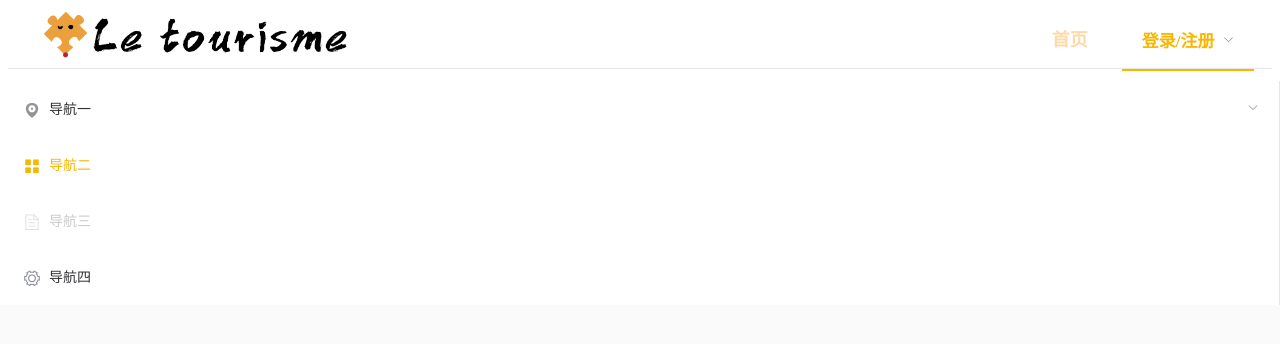
Repository: linxuerou0129/2020.08.31
Page: /Message
The author's editor kept a copy of each file at every save. The page is drawn from the files as they stood at one save, then again after the next save.
The browser window is 1280 px wide. The pictures show the whole page.
The page's requests for data from a server got no answer. The project was rebuilt for these pictures with package versions that can differ from the ones it lists, and the page was loaded fresh each time. No one was signed in, and anything a server would have sent is missing. Also part of the build but not shown: src/views/Home.vue.

Above is the page before, as saved 2020-08-29 19:57:02.

### src/main.js

import ElementUI from 'element-ui' //新添加
import '../theme/index.css' //新添加，避免后期打包样式不同，要放在import App from './App';之前

import Vue from 'vue'
import App from './App.vue'
import router from './router'

Vue.use(ElementUI)   //新添加

import axios from 'axios'
axios.defaults.withCredentials = true;

Vue.config.productionTip = false

new Vue({
  router,
  render: h => h(App)
}).$mount('#app')

import VDistpicker from 'v-distpicker'
Vue.component('v-distpicker', VDistpicker);

### src/App.vue
<template>
<div id="app">
<el-menu :default-active="$route.path" class="el-menu-demo" mode="horizontal" @select="handleSelect" text-color="#FCDAA9" active-text-color="#f8b600" router>
  <img src="./assets/logo.png" width="55" class="logo">
  <img src="./assets/tittle.png" width="270">
  <el-menu-item index="/" class="head1"><strong>首页</strong></el-menu-item>
  <el-submenu class="head3" v-if="login" index="/Edit">
    <template slot="title">
      <el-avatar :src="circleUrl"></el-avatar>
    </template>
    <el-menu-item index="/Edit">
      我的设置
    </el-menu-item>
    <el-menu-item index="/Publish">
      发布游记
    </el-menu-item>
    <el-menu-item index="/Published">
      个人中心
    </el-menu-item>
    <el-menu-item index="/MyCollect">
      我的收藏
    </el-menu-item>
    <el-menu-item index="/Message">
      消息中心
    </el-menu-item>
    <el-menu-item  @click="logout">
      退出
    </el-menu-item>
  </el-submenu>
  <el-submenu v-if="!login"  class="head4" index=1>
    <template slot="title">
      <strong>登录/注册</strong>
    </template>
    <el-menu-item @click="dialogFormVisible = true">
      注册
    </el-menu-item>
    <el-menu-item @click="loginFormShow = true">
      登录
    </el-menu-item>
  </el-submenu>
</el-menu>
<router-view></router-view>
<el-dialog title="注册" :visible.sync="dialogFormVisible">
  <el-form :model="formZhuce"  ref="formZhuce" status-icon :rules="rules">
    <el-form-item
      prop="email"
      label="邮箱"
      :rules="[
        { required: true, message: '请输入邮箱地址', trigger: 'blur' },
        { type: 'email', message: '请输入正确的邮箱地址', trigger: ['blur', 'change'] }
      ]"
    >
      <el-input v-model="formZhuce.email"></el-input>
      <el-button size="mini" @click="submitEmail" round>获取验证码</el-button>
    </el-form-item>
    <el-form-item label="验证码" prop="check">
      <el-input v-model="formZhuce.check"></el-input>
    </el-form-item>
    <el-form-item label="用户昵称" prop="name">
      <el-input v-model="formZhuce.name"></el-input>
    </el-form-item>
    <el-form-item label="密码" prop="pass">
      <el-input type="password" v-model="formZhuce.pass" autocomplete="off"></el-input>
    </el-form-item>
    <el-form-item label="确认密码" prop="checkPass">
      <el-input type="password" v-model="formZhuce.checkPass" autocomplete="off"></el-input>
    </el-form-item>
    <el-form-item>
      <el-button type="primary" @click="submitForm('formZhuce')">注册</el-button>
      <el-button @click="dialogFormVisible = false">取消</el-button>
    </el-form-item>
  </el-form>
</el-dialog>
<el-dialog title="登录" :visible.sync="loginFormShow">
  <el-form :model="formLogin"  ref="formLogin" status-icon :rules="rules">
    <el-form-item
      prop="email"
      label="邮箱"
      :rules="[
        { required: true, message: '请输入邮箱地址', trigger: 'blur' },
        { type: 'email', message: '请输入正确的邮箱地址', trigger: ['blur', 'change'] }
      ]"
    >
      <el-input v-model="formLogin.email"></el-input>
    </el-form-item>
    <el-form-item label="密码" prop="pass">
      <el-input type="password" v-model="formLogin.pass" autocomplete="off"></el-input>
    </el-form-item>
    <el-form-item>
      <a href="/Forget">忘记密码</a>
    </el-form-item>
    <el-form-item>
      <el-button type="primary" @click="loginIt('formLogin')">登录</el-button>
      <el-button @click="loginFormShow= false">取消</el-button>
    </el-form-item>
  </el-form>
</el-dialog>
</div>
</template>
<style>
    .el-menu--horizontal>.el-submenu .el-submenu__title {
        font-size: 17px;
    }
</style>
<style scoped>
.avatar-uploader {
    border: 1px dashed black;
    border-radius: 6px;
    cursor: pointer;
    position: relative;
    overflow: hidden;
    width: 178px;
    height: 178px;
  }
  .avatar-uploader-icon {
    font-size: 28px;
    color: #8c939d;
    width: 178px;
    height: 178px;
    line-height: 178px;
    text-align: center;
  }
  .avatar {
    width: 178px;
    height: 178px;
    display: block;
  }
.logo{
  position: fixed;
  top: 1%;
  left: 3%;
}
.head1{
  position: relative;
  left: 81%;
  font-size: 18px;
}
.head3{
  position: fixed;
  right:4.5%;
  top: 1.3%;
  font-size: 18px;
}
.head4{
  position: fixed;
  right: 2%;
  top: 1.5%;
  font-size: 18px!important;
}
</style>

<script>
import { Message } from 'element-ui';
import axios from 'axios'
export default {
    data() {
       var validatePass = (rule, value, callback) => {
        if (value === '') {
          callback(new Error('请输入密码'));
        } else {
          if (this.formZhuce.checkPass !== '') {
            this.$refs.formZhuce.validateField('checkPass');
          }
          callback();
        }
      };
      var validatePass2 = (rule, value, callback) => {
        if (value === '') {
          callback(new Error('请再次输入密码'));
        } else if (value !== this.formZhuce.pass) {
          callback(new Error('两次输入密码不一致!'));
        } else {
          callback();
        }
      };
      return {
        circleUrl: "http://106.75.157.168:5657/api/static/touxiang.png",
        activeIndex: '1',
        activeIndex2: '1',
        login:false,
        dialogFormVisible:false,
        loginFormShow:false,
        setFormShow:false,
        formZhuce: {
          email:'',
          pass:'',
          checkPass:'',
          name:'',
          check:''
        },
        formLogin:{
          email:'',
          pass:''
        },
        imageUrl: '',
        rules: {
          pass: [
            { validator: validatePass, trigger: 'blur' }
          ],
          checkPass: [
            { validator: validatePass2, trigger: 'blur' }
          ],
          check:[
            { required: true, message: '请输入验证码', trigger: 'blur'},
            { min: 4, max: 4, message: '长度为4个字符', trigger: 'blur' }
          ],
          name:[
            { required: true, message: '请输入用户昵称', trigger: 'blur' },
            { min: 4, max: 16, message: '长度在 4 到 16 个字符', trigger: 'blur' }
          ],
        }
      };
    },
    methods: {
      handleSelect(key, keyPath) {
        console.log(key, keyPath);
      },
      submitForm(formName) {
        this.$refs[formName].validate((valid) => {
          if (valid) {
              axios.post('http://106.75.157.168:5657/api/register', {
                register_email: this.formZhuce.email,
                register_name:this.formZhuce.name,
                register_password:this.formZhuce.pass,
                register_code:this.formZhuce.check
              })
            .then((response) =>{
              console.log(response.data);
              if(response.data.status=="success"){
                this.dialogFormVisible = false;
                Message.success('注册成功');
              }
              else{
                Message.error(response.data.status)
              }
            })
            .catch(function (error) {
              console.log(error);
            });
          }
          else {
            console.log('error submit!!');
            return false;
          }
        });
      },
      submitEmail(){
        var reg = /^[a-zA-Z0-9]+@[a-z0-9]{2,5}\.[a-z]{2,3}(\.[a-z]{2,3})?$/;
        var result = reg.test(this.formZhuce.email);
        if(this.formZhuce.email==''){
          this.$message({
                    message: '邮箱不可为空',
                    type: 'warning'
                });
        }
        else if(!result){
          this.$message({
                    message: '邮箱输入有误',
                    type: 'warning'
                });
        }
        else{
          axios.post('http://106.75.157.168:5657/api/send_email', {
              email: this.formZhuce.email,
              type:6
            })
          .then((response)=> {
            console.log(response.data);
            Message.success('发送成功，请注意查收')
          })
          .catch(function (error) {
            console.log(error);
          });
        }
      },
      loginIt(formName) {
        this.$refs[formName].validate((valid) => {
          if (valid) {
            axios.post('http://106.75.157.168:5657/api/login', {
                login_id: this.formLogin.email,
                login_password:this.formLogin.pass
              })
            .then((response) =>{
              console.log(response.data);
              if(response.data.status=="success"){
                this.loginFormShow=false;
                this.login=true;
                Message.success('登录成功');
                location.href="/";
              }
              else{
                Message.error('登录失败，请重新登录');
              }
            })
            .catch(function (error) {
              console.log(error);
            });
          }
          else {
            console.log('error submit!!');
            return false;
          }
        });
      },
      logout(){
        axios.get('http://106.75.157.168:5657/api/logout_user')
            .then((response)=>{
              console.log(response.data);
              this.login=false;
              location.href="/";
              Message.success('退出成功');
            })
            .catch(function(error){
                console.log(error);
            });
      },
    },
    watch:{
      login:function(val,oldVal){
           if(val==true){
             axios({
              url:'http://106.75.157.168:5657/api/getinfo',
	            method: 'get'
            })
            .then((response)=>{
                 console.log(response.data);
                this.circleUrl="http://106.75.157.168:5657/api"+response.data.头像;
            })
            .catch(function(error){
                console.log(error);
            });
           }
        }
    },
    mounted(){
      axios({
            url:'http://106.75.157.168:5657/api/getinfo',
	            method: 'get'
            })
            .then((response)=>{
                 console.log(response.data);
                this.login=true
                this.circleUrl="http://106.75.157.168:5657/api"+response.data.头像;
                console.log("http://106.75.157.168:5657/api"+response.data.头像)
            })
            .catch(function(error){
                console.log(error);
            });
    }
  }
</script>

### src/router/index.js
import Vue from 'vue'
import VueRouter from 'vue-router'
import Home from '../views/Home.vue'

Vue.use(VueRouter)

  const routes = [
  {
    path: '/',
    name: 'Home',
    component: Home
  },
  {
    path: '/Edit',
    name: 'Edit',
    component: () => import(/* webpackChunkName: "about" */ '../views/Edit.vue')
  },
  {
    path: '/Published',
    name: 'Published',
    component: () => import(/* webpackChunkName: "about" */ '../views/Published.vue')
  },
  {
    path: '/MyCollect',
    name: 'MyCollect',
    component: () => import(/* webpackChunkName: "about" */ '../views/MyCollect.vue')
  },
  {
    path: '/Message',
    name: 'Message',
    component: () => import(/* webpackChunkName: "about" */ '../views/Message.vue')
  },
  {
    path: '/Forget',
    name: 'Forget',
    component: () => import(/* webpackChunkName: "about" */ '../views/Forget.vue')
  },
  {
    path: '/Publish',
    name: 'Publish',
    component: () => import(/* webpackChunkName: "about" */ '../views/Publish.vue')
  },
  {
    path: '/Show',
    name: 'Show',
    component: () => import(/* webpackChunkName: "about" */ '../views/Show.vue')
  },
]

const router = new VueRouter({
  mode: 'history',
  base: process.env.BASE_URL,
  routes
})

export default router

### src/views/Message.vue
<template>
<div class="content">
        <el-menu
      default-active="2"
      class="el-menu-vertical-demo"
      @open="handleOpen"
      @close="handleClose">
      <el-submenu index="1">
        <template slot="title">
          <i class="el-icon-location"></i>
          <span>导航一</span>
        </template>
        <el-menu-item-group>
          <template slot="title">分组一</template>
          <el-menu-item index="1-1">选项1</el-menu-item>
          <el-menu-item index="1-2">选项2</el-menu-item>
        </el-menu-item-group>
        <el-menu-item-group title="分组2">
          <el-menu-item index="1-3">选项3</el-menu-item>
        </el-menu-item-group>
        <el-submenu index="1-4">
          <template slot="title">选项4</template>
          <el-menu-item index="1-4-1">选项1</el-menu-item>
        </el-submenu>
      </el-submenu>
      <el-menu-item index="2">
        <i class="el-icon-menu"></i>
        <span slot="title">导航二</span>
      </el-menu-item>
      <el-menu-item index="3" disabled>
        <i class="el-icon-document"></i>
        <span slot="title">导航三</span>
      </el-menu-item>
      <el-menu-item index="4">
        <i class="el-icon-setting"></i>
        <span slot="title">导航四</span>
      </el-menu-item>
    </el-menu>
</div>
</template>

<script>
import axios from 'axios'
export default {
    data(){
        return{
        }
    },
    methods:{
    },
    created(){
      axios({
            url:'http://106.75.157.168:5657/api/getinfo',
	            method: 'get'
            })
            .then((response)=>{
                 console.log(response.data);
                 this.imageUrl="http://106.75.157.168:5657/api"+response.data.头像;
                 this.name=response.data.用户名;
            })
            .catch(function(error){
                console.log(error);
            });
    }
}
</script>

<style scoped>
.content{
  width: 100%;
   top: 11.3%;

    bottom:0;

    position:fixed;

    overflow-y:scroll;

    overflow-x:hidden;
  right: 0;
  background-color: #FAFAFA;
}
</style>

Loaded but not shown: public/index.html (common file); theme/index.css (library)

After the next save:
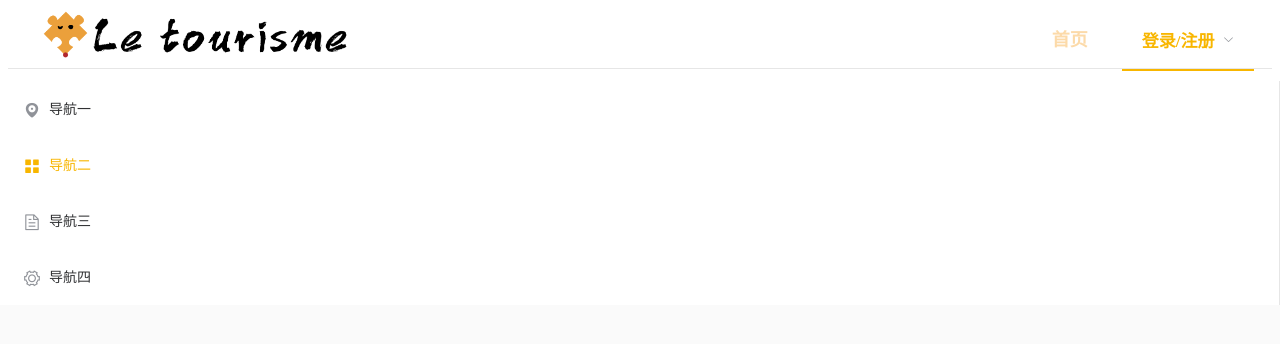
Saved 2 min 43 s later.
--- a/src/views/Message.vue
+++ b/src/views/Message.vue
@@ -5,29 +5,17 @@
       class="el-menu-vertical-demo"
       @open="handleOpen"
       @close="handleClose">
-      <el-submenu index="1">
+      <el-menu-item index="1">
         <template slot="title">
           <i class="el-icon-location"></i>
           <span>导航一</span>
         </template>
-        <el-menu-item-group>
-          <template slot="title">分组一</template>
-          <el-menu-item index="1-1">选项1</el-menu-item>
-          <el-menu-item index="1-2">选项2</el-menu-item>
-        </el-menu-item-group>
-        <el-menu-item-group title="分组2">
-          <el-menu-item index="1-3">选项3</el-menu-item>
-        </el-menu-item-group>
-        <el-submenu index="1-4">
-          <template slot="title">选项4</template>
-          <el-menu-item index="1-4-1">选项1</el-menu-item>
-        </el-submenu>
-      </el-submenu>
+      </el-menu-item>
       <el-menu-item index="2">
         <i class="el-icon-menu"></i>
         <span slot="title">导航二</span>
       </el-menu-item>
-      <el-menu-item index="3" disabled>
+      <el-menu-item index="3">
         <i class="el-icon-document"></i>
         <span slot="title">导航三</span>
       </el-menu-item>
